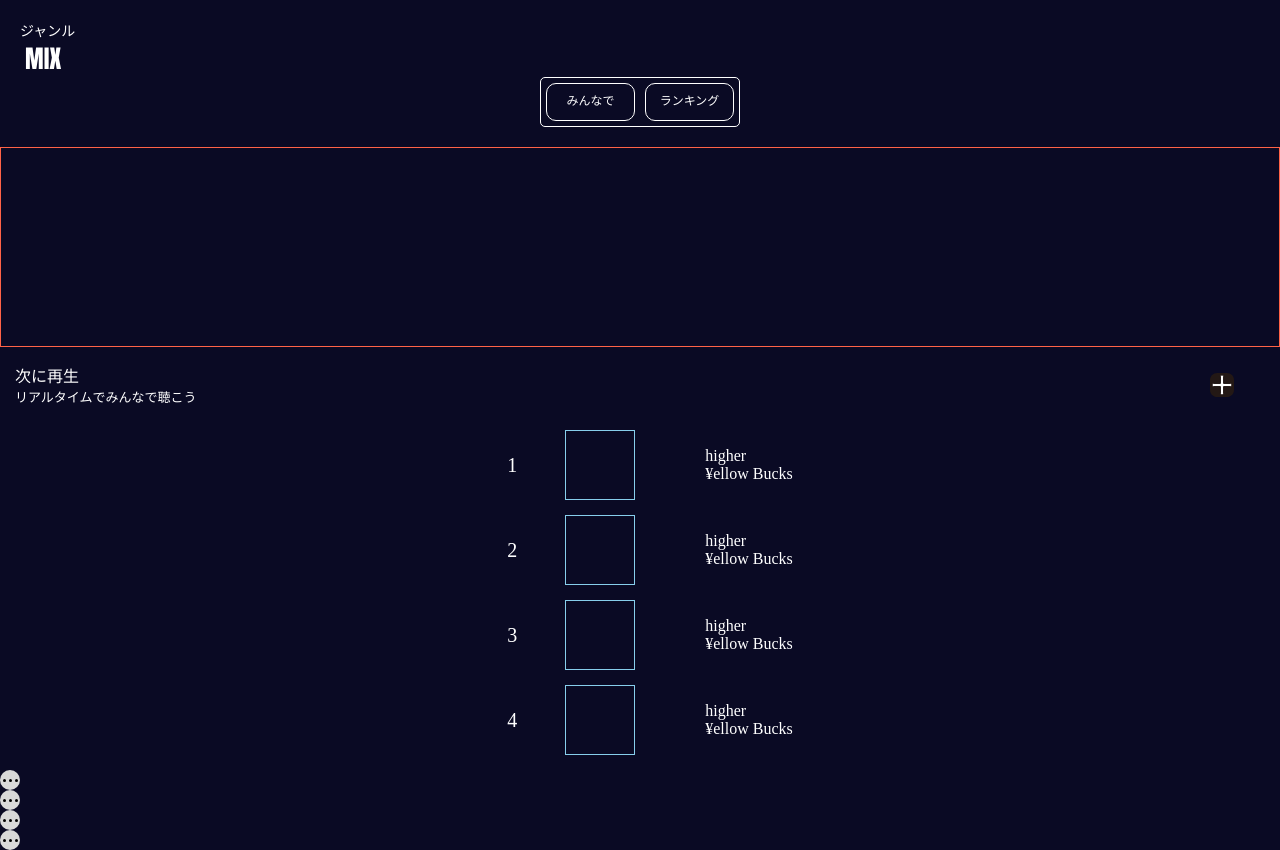
Repository: FujieRyou/2024_team
Page: /LoggedIn
These files come from the project's save history. The page is drawn as it stood at one moment and after the next save; the edit follows.
The browser window is 1280 px wide. The pictures show the whole page.
The project was rebuilt for these pictures with package versions that can differ from the ones it lists, and the page was loaded fresh each time. The framework's server and built-in components were replaced by stand-ins that run in the browser. Also part of the build but not shown: next.config.js.

Above is the page before, as saved 2024-01-10 11:12:16.

### src/pages/_app.jsx
import "@/styles/ress.css"
import '@/styles/index.css'

export default function App({ Component, pageProps }) {
  return <Component {...pageProps} />
}

### src/pages/LoggedIn.jsx
import React from 'react'

function LoggedIn (){
    return(
<div id="container_wrap">
    <header>
        <div id="genre_wrap">ジャンル</div>
        <div id="mix_wrap">MIX</div>
        <div id="btn">
            <div class="everyone">みんなで</div>
            <div class="ranking">ランキング</div>
        </div>
    </header>
    <div id="main_img">
        <div class="scrollContent">
            <div class="scrollWrap">
            </div>
        </div>

    </div>
    <div id="maincontent_wrap">
        <div id="addition_wrap">
                <p className='addition'>次に再生<br/><span>リアルタイムでみんなで聴こう</span></p>
                <img src="./img/plusBtn.svg" alt="" />
        </div>
        <div id="songContent_wrap">
            <p class="song_num">1</p>
            <div id="song_wrap">
                <div id="singer_wrap">
                    <p class="songtitle">higher</p>
                    <p class="singer">¥ellow Bucks</p>
                </div>
                <div class="song_img">
                </div>
            </div>
        </div>
    </div>
        <div id="songContent_wrap">
            <p class="song_num">2</p>
            <div id="song_wrap">

                <div id="singer_wrap">
                    <p class="songtitle">higher</p>
                    <p class="singer">¥ellow Bucks</p>
                </div>
                <div class="song_img">
                </div>
            </div>
        </div>

        <div id="songContent_wrap">
            <p class="song_num">3</p>
            <div id="song_wrap">
                <div id="singer_wrap">
                    <p class="songtitle">higher</p>
                    <p class="singer">¥ellow Bucks</p>
                </div>
                <div class="song_img">
                </div>
            </div>
        </div>
        <div id="songContent_wrap">
            <p class="song_num">4</p>
            <div id="song_wrap">
                <div id="singer_wrap">
                    <p class="songtitle">higher</p>
                    <p class="singer">¥ellow Bucks</p>
                </div>
                <div class="song_img">
                </div>
            </div>
        </div>
        <div class="button_wrap">
            <div class="button">
                <p>
                    <span></span>
                    <span></span>
                    <span></span>
                </p>
            </div>
            <div class="button">
                <p>
                    <span></span>
                    <span></span>
                    <span></span>
                </p>
            </div>
            <div class="button">
                <p>
                    <span></span>
                    <span></span>
                    <span></span>
                </p>
            </div>
            <div class="button">
                <p>
                    <span></span>
                    <span></span>
                    <span></span>
                </p>
            </div>
        </div>
    </div>
    )
}

export default LoggedIn

### src/styles/ress.css
/*!
 * ress.css • v4.0.0
 * MIT License
 * github.com/filipelinhares/ress
 */

/* # =================================================================
   # Global selectors
   # ================================================================= */

   html {
    box-sizing: border-box;
    -webkit-text-size-adjust: 100%; /* Prevent adjustments of font size after orientation changes in iOS */
    word-break: normal;
    -moz-tab-size: 4;
    tab-size: 4;
  }

  *,
  ::before,
  ::after {
    background-repeat: no-repeat; /* Set `background-repeat: no-repeat` to all elements and pseudo elements */
    box-sizing: inherit;
  }

  ::before,
  ::after {
    text-decoration: inherit; /* Inherit text-decoration and vertical align to ::before and ::after pseudo elements */
    vertical-align: inherit;
  }

  * {
    padding: 0; /* Reset `padding` and `margin` of all elements */
    margin: 0;
  }

  /* # =================================================================
     # General elements
     # ================================================================= */

  hr {
    overflow: visible; /* Show the overflow in Edge and IE */
    height: 0; /* Add the correct box sizing in Firefox */
    color: inherit; /* Correct border color in Firefox. */
  }

  details,
  main {
    display: block; /* Render the `main` element consistently in IE. */
  }

  summary {
    display: list-item; /* Add the correct display in all browsers */
  }

  small {
    font-size: 80%; /* Set font-size to 80% in `small` elements */
  }

  [hidden] {
    display: none; /* Add the correct display in IE */
  }

  abbr[title] {
    border-bottom: none; /* Remove the bottom border in Chrome 57 */
    /* Add the correct text decoration in Chrome, Edge, IE, Opera, and Safari */
    text-decoration: underline;
    text-decoration: underline dotted;
  }

  a {
    background-color: transparent; /* Remove the gray background on active links in IE 10 */
  }

  a:active,
  a:hover {
    outline-width: 0; /* Remove the outline when hovering in all browsers */
  }

  code,
  kbd,
  pre,
  samp {
    font-family: monospace, monospace; /* Specify the font family of code elements */
  }

  pre {
    font-size: 1em; /* Correct the odd `em` font sizing in all browsers */
  }

  b,
  strong {
    font-weight: bolder; /* Add the correct font weight in Chrome, Edge, and Safari */
  }

  /* https://gist.github.com/unruthless/413930 */
  sub,
  sup {
    font-size: 75%;
    line-height: 0;
    position: relative;
    vertical-align: baseline;
  }

  sub {
    bottom: -0.25em;
  }

  sup {
    top: -0.5em;
  }

  table {
    border-color: inherit; /* Correct border color in all Chrome, Edge, and Safari. */
    text-indent: 0; /* Remove text indentation in Chrome, Edge, and Safari */
  }

  /* # =================================================================
     # Forms
     # ================================================================= */

  input {
    border-radius: 0;
  }

  /* Replace pointer cursor in disabled elements */
  [disabled] {
    cursor: default;
  }

  [type='number']::-webkit-inner-spin-button,
  [type='number']::-webkit-outer-spin-button {
    height: auto; /* Correct the cursor style of increment and decrement buttons in Chrome */
  }

  [type='search'] {
    -webkit-appearance: textfield; /* Correct the odd appearance in Chrome and Safari */
    outline-offset: -2px; /* Correct the outline style in Safari */
  }

  [type='search']::-webkit-search-decoration {
    -webkit-appearance: none; /* Remove the inner padding in Chrome and Safari on macOS */
  }

  textarea {
    overflow: auto; /* Internet Explorer 11+ */
    resize: vertical; /* Specify textarea resizability */
  }

  button,
  input,
  optgroup,
  select,
  textarea {
    font: inherit; /* Specify font inheritance of form elements */
  }

  optgroup {
    font-weight: bold; /* Restore the font weight unset by the previous rule */
  }

  button {
    overflow: visible; /* Address `overflow` set to `hidden` in IE 8/9/10/11 */
  }

  button,
  select {
    text-transform: none; /* Firefox 40+, Internet Explorer 11- */
  }

  /* Apply cursor pointer to button elements */
  button,
  [type='button'],
  [type='reset'],
  [type='submit'],
  [role='button'] {
    cursor: pointer;
    color: inherit;
  }

  /* Remove inner padding and border in Firefox 4+ */
  button::-moz-focus-inner,
  [type='button']::-moz-focus-inner,
  [type='reset']::-moz-focus-inner,
  [type='submit']::-moz-focus-inner {
    border-style: none;
    padding: 0;
  }

  /* Replace focus style removed in the border reset above */
  button:-moz-focusring,
  [type='button']::-moz-focus-inner,
  [type='reset']::-moz-focus-inner,
  [type='submit']::-moz-focus-inner {
    outline: 1px dotted ButtonText;
  }

  button,
  html [type='button'], /* Prevent a WebKit bug where (2) destroys native `audio` and `video`controls in Android 4 */
  [type='reset'],
  [type='submit'] {
    -webkit-appearance: button; /* Correct the inability to style clickable types in iOS */
  }

  /* Remove the default button styling in all browsers */
  button,
  input,
  select,
  textarea {
    background-color: transparent;
    border-style: none;
  }

  a:focus,
  button:focus,
  input:focus,
  select:focus,
  textarea:focus {
    outline-width: 0;
  }

  /* Style select like a standard input */
  select {
    -moz-appearance: none; /* Firefox 36+ */
    -webkit-appearance: none; /* Chrome 41+ */
  }

  select::-ms-expand {
    display: none; /* Internet Explorer 11+ */
  }

  select::-ms-value {
    color: currentColor; /* Internet Explorer 11+ */
  }

  legend {
    border: 0; /* Correct `color` not being inherited in IE 8/9/10/11 */
    color: inherit; /* Correct the color inheritance from `fieldset` elements in IE */
    display: table; /* Correct the text wrapping in Edge and IE */
    max-width: 100%; /* Correct the text wrapping in Edge and IE */
    white-space: normal; /* Correct the text wrapping in Edge and IE */
    max-width: 100%; /* Correct the text wrapping in Edge 18- and IE */
  }

  ::-webkit-file-upload-button {
    /* Correct the inability to style clickable types in iOS and Safari */
    -webkit-appearance: button;
    color: inherit;
    font: inherit; /* Change font properties to `inherit` in Chrome and Safari */
  }

  /* # =================================================================
     # Specify media element style
     # ================================================================= */

  img {
    border-style: none; /* Remove border when inside `a` element in IE 8/9/10 */
  }

  /* Add the correct vertical alignment in Chrome, Firefox, and Opera */
  progress {
    vertical-align: baseline;
  }

  /* # =================================================================
     # Accessibility
     # ================================================================= */

  /* Specify the progress cursor of updating elements */
  [aria-busy='true'] {
    cursor: progress;
  }

  /* Specify the pointer cursor of trigger elements */
  [aria-controls] {
    cursor: pointer;
  }

  /* Specify the unstyled cursor of disabled, not-editable, or otherwise inoperable elements */
  [aria-disabled='true'] {
    cursor: default;
  }

### src/styles/index.css
html,body{
    width: 100vw;
    height: 100vh;
    background-color: #0A0A24;
    color: #fff;
}

nav{
    width: 100%;
    height: 81px;
    display: flex;
    justify-content: space-around;
    position: fixed;
    bottom: 0px;
    background-color: #0A0A24;
    border-top: solid 1px #8E8E8E;
}

.iconWrap{
    display: flex;
    flex-direction: column;
    align-items: center;
    justify-content: center;
}

.iconWrap a{
    display: flex;
    flex-direction: column;
    align-items: center;
    justify-content: center;
    text-decoration: none;
}

.iconWrap p{
    font-size: 10px;
    margin-top: 4px;
    color: #fff;
}

.loginWrap{
    width: 100vw;
    height: 100vh;
    padding-top: 200px;
}

.indexWrap{
    width: 100%;
    height: 100%;
}

/* h2{
    font-size: 64px;
    text-align: center;
    font-family: sans-serif;
    padding-top: 30px;
} */

.appName{
    font-size: 64px;
    text-align: center;
    font-family: sans-serif;
    padding-top: 30px;
    margin-top: 30px;
    color: #fff;
}

.signBtnWrap{
    width: 100%;
    height: auto;
}

.signBtn{
    display: flex;
    align-items: center;
    justify-content: center;
    width: 200px;
    height: 54px;
    border-radius: 30px;
    background-color: rgb(65, 243, 65);
    font-size: 16px;
    /* box-shadow: 3px 1px 3px 1px rgb(235, 235, 235); */
    margin: 0 auto;
    margin-top: 280px;
    color: #000;
    text-decoration: none;
}

.logoBox{
    width: 64px;
    height: 64px;
    background-color: gray;
    color: #fff;
    margin: 0 auto;
    display: flex;
    justify-content: center;
    align-items: center;
}

h2{
    text-align: center;
}

.searchWrap{
    margin-top: 69px;
    margin-bottom: 11px;
    padding: 0px 13px;
}

.searchTxt{
    width: 100%;
    height: 40px;
    border: solid 1px #000;
    background-color: #28376C;
    color: #fff;
    padding: 7px 18px;
    border-radius: 13px;

}

.searchBtn{
    width: 64px;
    height: 32px;
    background-color: aquamarine;
}

.searchResults{
    display: flex;
    gap: 8px;
    width: 100%;
    height: 88px;
    padding: 8px;
    overflow: hidden;
}

.searchResultsImg{
    width: 80px;
    height: 80px;
}

.searchResultsTxt p{
    width: 288px;
    font-size: 14px;
}

.genreWrap{
    padding: 0px 21px;
}

.genreWrap p{
    padding-left: 74px;
    margin-bottom: 12px;
}

.genruBtnWrap{
    display: flex;
    flex-wrap: wrap;
    padding: 0px 8px;
    gap: 16px 12px;
    margin: 0 auto;
}

.genruBtnWrap > button{
    width: 172px;
    height: 86px;
    background-color: #F42C2C;
    border-radius: 10px;
}

#genre_wrap{
    padding-top: 20px;
    align-items: center;
    color: #fff;
    font-size: 14px;
    margin-left: 20px;
    font-family: 'Noto Sans JP', sans-serif;
}

/* MIX */
#mix_wrap{
    font-size: 25px;
    font-family:Impact, Haettenschweiler, 'Arial Narrow Bold', sans-serif;
    margin-left: 25px;
}

/*genre btn*/
#btn{
    display: flex;
    justify-content: center;
    align-items: center;
    width: 200px;
    height: 50px;
    border: solid 1px #fff;
    border-radius: 5px;
    margin: 0 auto;
    text-align: center;
    margin-bottom: 20px;
}

.everyone{
    width: 80%;
    height: 80%;
    line-height: 35px;
    margin:0 5px;
    border: solid 1px #fff;
    border-radius: 10px;
    font-size: 12px;
    font-family:  'Noto Sans JP', sans-serif;
}

.ranking{
    width: 80%;
    height: 80%;
    line-height: 35px;
    margin:0 5px;
    border: solid 1px #fff;
    border-radius: 10px;
    font-size: 12px;
    font-family:  'Noto Sans JP', sans-serif;;
}


/*main*/
#main_img{
    width: 100%;
    height: 200px;
    border: solid 1px tomato;
    margin: 0 auto;

}

/*見出し*/
#addition_wrap{
    width: 100%;
    margin-top: 16px;
    margin-bottom: 24px;
    padding: 0px 46px 0px 15px;
    display: flex;
    align-items: center;
    justify-content: space-between;
}
.addition{
    font-size: 16px;
    font-family:  'Noto Sans JP', sans-serif;
}
.addition > span{
    font-size: 13px;
}
.dli-plus {
    display: inline-block;
    vertical-align: middle;
    justify-content: center;
    color: #fff;
    line-height: 20px;
    width: 1.5rem;
    height:0.15rem;
    background: #efefef;
    border-radius: 1rem;
    position: relative;
    top:24px;
    left:10px;
}

.dli-plus::before {
    content: '';
    position: absolute;
    top: 0;
    left: 0;
    width: 100%;
    height: 100%;
    background: inherit;
    border-radius: inherit;
    transform: rotate(90deg);

}
#addition_wrap{
    display: flex;
}
#addition_wrap  .back{
    display: block;
    background: #231815;
    width: 35px;
    height:35px;
    border-radius: 25%;
    margin-right: 50px;
}
.addition-text{
    font-size: 30px;
    font-family:'Noto Sans JP', sans-serif;

}

#plus_btn{
    /* align-items: center; */
    margin-left:220px;
    margin-top: -18px;
}

/*music list*/
#songContent_wrap{
    display: flex;
    justify-content: center;
    align-items: center;
    margin-bottom: 15px;
}

.song_num{
    font-size: 20px;
    margin: 0 20px;
}

#song_wrap{
    display: flex;
    flex-direction: row-reverse;
    gap: 70px;
    justify-content: center;
    align-items: center;
}


.song_img{
    border: solid 1px skyblue;
    width: 70px;
    height: 70px;
    margin-left: 28px;
}
.button_wrap{
    display: flex;
    flex-direction: column;
}
.button{
    width: 20px;
    height: 20px;
    border-radius: 50%;
    background-color: #d9d9d9;
    display: flex;
    justify-content: center;
}

.button p{
    display: flex;
    justify-content: center;
    align-items: center;
    text-align: center;
    gap: 3px;
}

.button p span{
    width: 3px;
    height: 3px;
    border-radius: 50%;
    background-color: #000;

}

Loaded but not shown: src/pages/_document.jsx (common file)

After the next save:
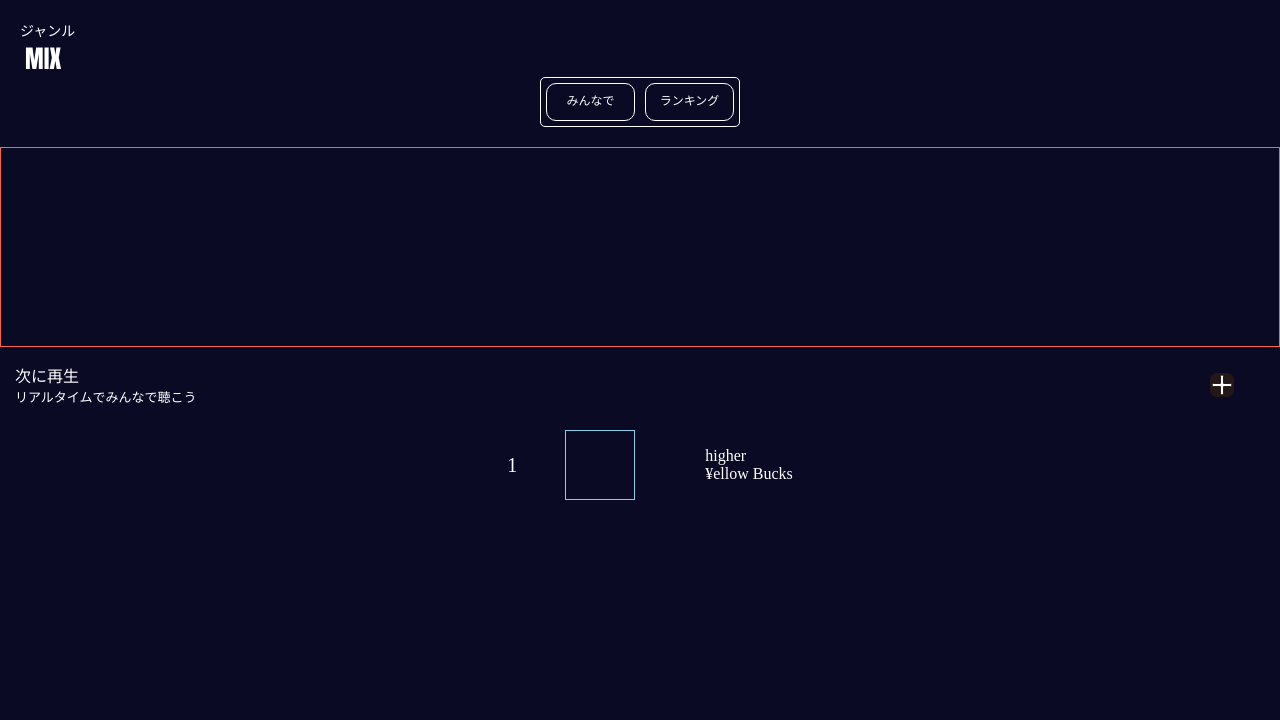
Saved 88 s later.
--- a/src/pages/LoggedIn.jsx
+++ b/src/pages/LoggedIn.jsx
@@ -2,102 +2,37 @@ import React from 'react'
 
 function LoggedIn (){
     return(
-<div id="container_wrap">
-    <header>
-        <div id="genre_wrap">ジャンル</div>
-        <div id="mix_wrap">MIX</div>
-        <div id="btn">
-            <div class="everyone">みんなで</div>
-            <div class="ranking">ランキング</div>
-        </div>
-    </header>
-    <div id="main_img">
-        <div class="scrollContent">
-            <div class="scrollWrap">
+    <div id="container_wrap">
+        <header>
+            <div id="genre_wrap">ジャンル</div>
+            <div id="mix_wrap">MIX</div>
+            <div id="btn">
+                <div class="everyone">みんなで</div>
+                <div class="ranking">ランキング</div>
             </div>
-        </div>
-
-    </div>
-    <div id="maincontent_wrap">
-        <div id="addition_wrap">
-                <p className='addition'>次に再生<br/><span>リアルタイムでみんなで聴こう</span></p>
-                <img src="./img/plusBtn.svg" alt="" />
-        </div>
-        <div id="songContent_wrap">
-            <p class="song_num">1</p>
-            <div id="song_wrap">
-                <div id="singer_wrap">
-                    <p class="songtitle">higher</p>
-                    <p class="singer">¥ellow Bucks</p>
-                </div>
-                <div class="song_img">
+        </header>
+        <div id="main_img">
+            <div class="scrollContent">
+                <div class="scrollWrap">
                 </div>
             </div>
+
         </div>
-    </div>
-        <div id="songContent_wrap">
-            <p class="song_num">2</p>
-            <div id="song_wrap">
-
-                <div id="singer_wrap">
-                    <p class="songtitle">higher</p>
-                    <p class="singer">¥ellow Bucks</p>
+        <div id="maincontent_wrap">
+            <div id="addition_wrap">
+                    <p className='addition'>次に再生<br/><span>リアルタイムでみんなで聴こう</span></p>
+                    <img src="./img/plusBtn.svg" alt="" />
+            </div>
+            <div id="songContent_wrap">
+                <p class="song_num">1</p>
+                <div id="song_wrap">
+                    <div id="singer_wrap">
+                        <p class="songtitle">higher</p>
+                        <p class="singer">¥ellow Bucks</p>
+                    </div>
+                    <div class="song_img">
+                    </div>
                 </div>
-                <div class="song_img">
-                </div>
-            </div>
-        </div>
-
-        <div id="songContent_wrap">
-            <p class="song_num">3</p>
-            <div id="song_wrap">
-                <div id="singer_wrap">
-                    <p class="songtitle">higher</p>
-                    <p class="singer">¥ellow Bucks</p>
-                </div>
-                <div class="song_img">
-                </div>
-            </div>
-        </div>
-        <div id="songContent_wrap">
-            <p class="song_num">4</p>
-            <div id="song_wrap">
-                <div id="singer_wrap">
-                    <p class="songtitle">higher</p>
-                    <p class="singer">¥ellow Bucks</p>
-                </div>
-                <div class="song_img">
-                </div>
-            </div>
-        </div>
-        <div class="button_wrap">
-            <div class="button">
-                <p>
-                    <span></span>
-                    <span></span>
-                    <span></span>
-                </p>
-            </div>
-            <div class="button">
-                <p>
-                    <span></span>
-                    <span></span>
-                    <span></span>
-                </p>
-            </div>
-            <div class="button">
-                <p>
-                    <span></span>
-                    <span></span>
-                    <span></span>
-                </p>
-            </div>
-            <div class="button">
-                <p>
-                    <span></span>
-                    <span></span>
-                    <span></span>
-                </p>
             </div>
         </div>
     </div>
